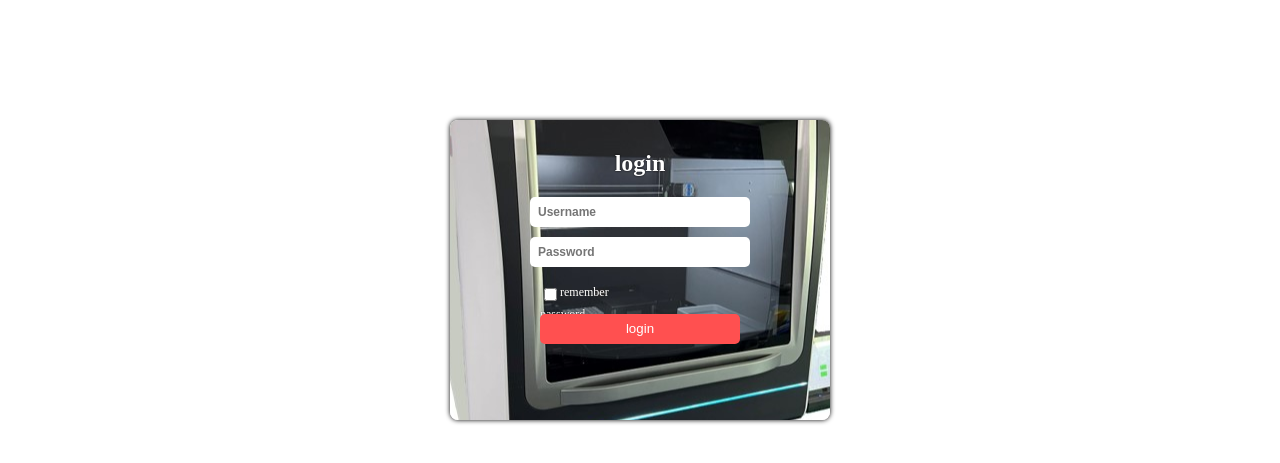
Repository: dnttalk/Ngs_arm1
Page: public/login.html
An editor plug-in stored every save of this project. The page is shown before and after the next save, followed by the edit.
The browser window is 1280 px wide. The pictures show the whole page.

Above is the page before, as saved 2023-07-07 14:59:54.

### public/login.html
<!DOCTYPE>
<html>

<head>
    <meta http-equiv="Content-Type" content="text/html; charset=utf-8" />
    <title>Login</title>
    <style>
        #login_div {
            margin: 120px auto;
            width: 380px;
            height: 300px;
            background: rgba(255, 255, 255, 0.2);
            background: url(images/img3.jpg) no-repeat center center;
            border-radius: 8px;
            box-shadow: 0 0 5px #000;
            text-align: center;
            font-family: "幼圆";
            color: #fff;
            text-shadow: 0 0 2px #000;
        }

        .login_input {
            width: 220px;
            height: 30px;
            font-size: 12px;
            border: 0;
            border-radius: 5px;
            margin-top: 10px;
            outline: none;
            position: relative;
            top: 20px;
            padding: 8px;
            color: #ff5000;
            font-weight: bolder;
        }

        #login_div>h2 {
            position: relative;
            top: 30px;
            color: #fff;
        }

        #login {
            width: 200px;
            height: 30px;
            border-radius: 5px;
            color: #fff;
            background: #ff5050;
            border: 0;
            padding: 0;
            cursor: pointer;
            position: relative;
            top: 30px;
        }

        #remember {
            width: 200px;
            height: 30px;
            border: 0;
            margin: auto;
            font-size: 12px;
            padding: 0;
            position: relative;
            top: 30px;
        }

        #remember p {
            margin-top: 5px;
            border: 0;
            padding: 0;
            line-height: 20px;
            height: 20px;
            width: 100px;
            float: left;
            text-shadow: 0 0 1px #333;
            position: relative;
            text-align: left;
            cursor: pointer;
        }

        #login_div a {
            text-shadow: 0 0 1px #000;
            font-size: 12px;
            width: 55px;
            height: 30px;
            position: relative;
            margin-left: 310px;
            margin-top: 70px;
            display: block;
            text-decoration: underline;
            cursor: pointer;
        }
    </style>
</head>

<body>
    <form action="" method="post">
        <div id="login_div">
            <h2>login</h2>
            <input class="login_input" name="user" id="user" type="text" placeholder="Username" autofocus
                autocomplete="off" />
            <br />
            <input class="login_input" name="pwd" id="pwd" type="password" placeholder="Password" />
            <br />
            <div id="remember">
                <p>
                    <input type="checkbox" style="vertical-align:-5px;" />remember password
                </p>

            </div>
            <input id="login" type="submit" value="login" />

        </div>
    </form>

</body>
<script>
    var user = document.querySelector("#user")
    var pwd = document.querySelector('#pwd')
    var login = document.querySelector('#login')
    var form = document.querySelector('form')
    login.onclick = function (e) {
        if (user.value === '' || pwd.value === '') {
            e.preventDefault()
            alert("Username and password are required......")
        } else {
            form.action = '/users/login'
        }
    }
</script>

</html>

After the next save:
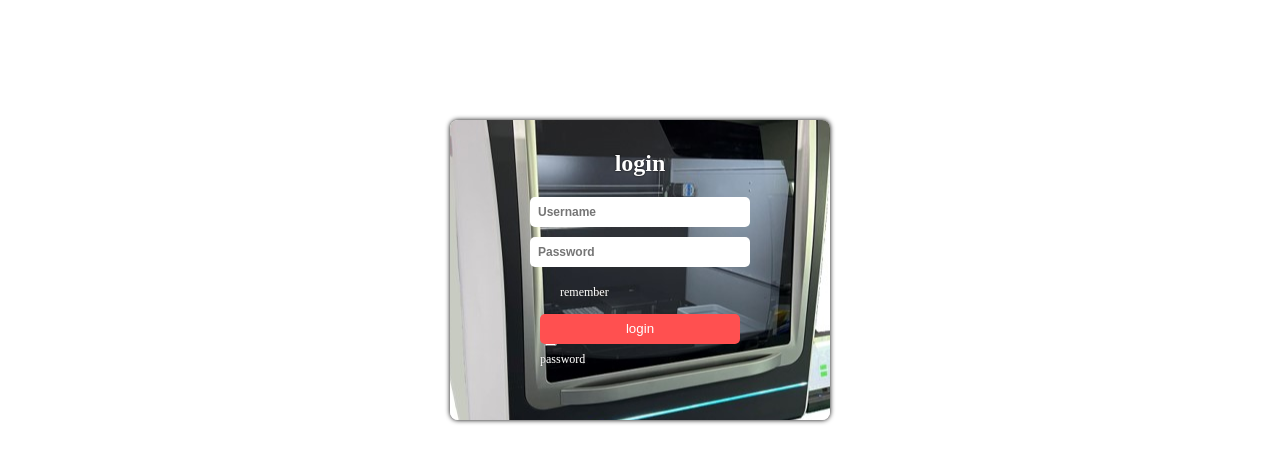
Saved 13 s later.
--- a/public/login.html
+++ b/public/login.html
@@ -104,7 +104,7 @@
             <br />
             <div id="remember">
                 <p>
-                    <input type="checkbox" style="vertical-align:-5px;" />remember password
+                    <input type="checkbox" style="vertical-align:-50px;" />remember password
                 </p>
 
             </div>
